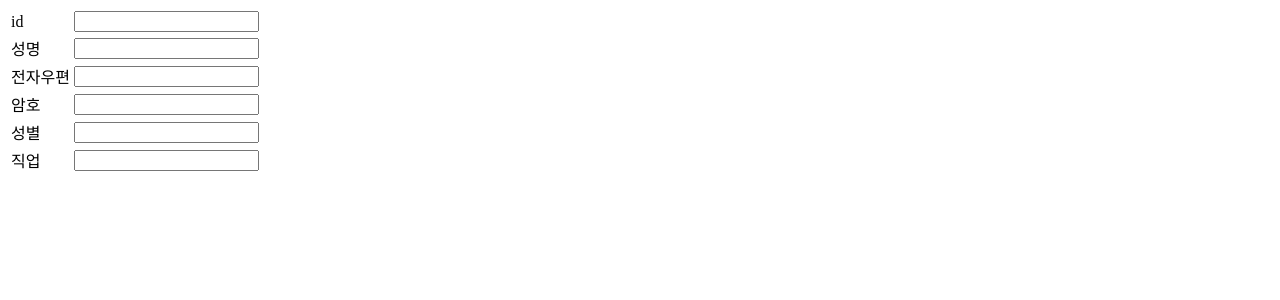
Repository: hyeon-jin-park/study
Page: work/internet_programing/T01/public/form.html
An editor plug-in stored every save of this project. The page is shown before and after the next save, followed by the edit.
The browser window is 1280 px wide. The pictures show the whole page.

Above is the page before, as saved 2025-03-18 09:57:35.

After the next save:
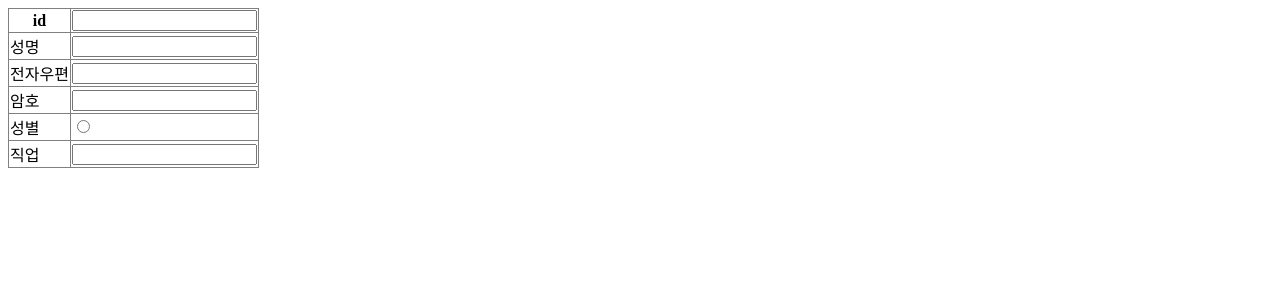
Saved 5 min 27 s later.
--- a/work/internet_programing/T01/public/form.html
+++ b/work/internet_programing/T01/public/form.html
@@ -6,14 +6,14 @@
 </head>
 <body>
 
-<form>
-	<table style="bold: 1px">
+<form action="#" method="get">
+	<table border="1" style = "border-collapse:collapse">
 		<tr>
+			<th>
+			id
+			</th>
 			<td>
-			id
-			</td>
-			<td>
-			<input type = "text">
+			<input type = "text" name = "id">
 			</td>
 		</tr>
 		<tr>
@@ -21,7 +21,7 @@
 			성명
 			</td>
 			<td>
-			<input type = "text">
+			<input type = "text" name = "name">
 			</td>
 		</tr>
 		<tr>
@@ -37,7 +37,7 @@
 			암호
 			</td>
 			<td>
-			<input type = "text">
+			<input type = "password">
 			</td>
 		</tr>
 		<tr>
@@ -45,7 +45,7 @@
 			성별
 			</td>
 			<td>
-			<input type = "text">
+			<input type = "radio">
 			</td>
 		</tr>
 		<tr>
